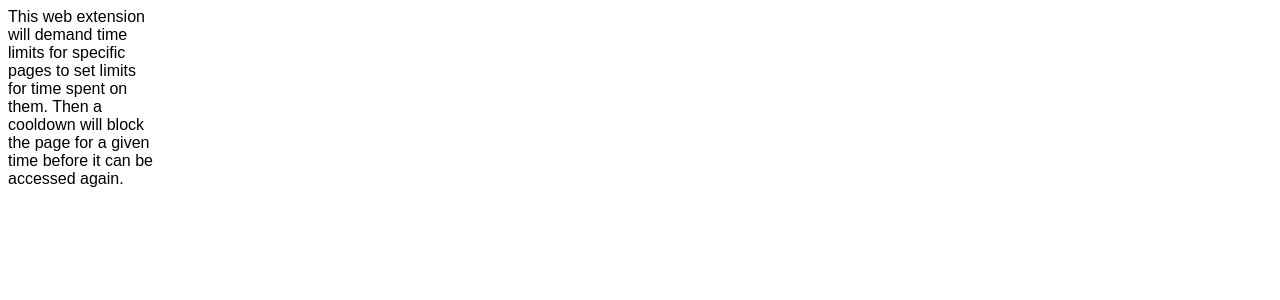
Repository: AndrlmMass/Time-management-chrome-extension
Page: popup.html
An editor plug-in stored every save of this project. The page is shown before and after the next save, followed by the edit.
The browser window is 1280 px wide. The pictures show the whole page.

Above is the page before, as saved 2023-08-22 15:10:22.

### popup.html
<!DOCTYPE html>
<html>
<head>
  <title>Popup</title>
  <link rel="stylesheet" type="text/css" href="styles.css">
</head>
<body>
  <div id="popup-container">
    <text> This web extension will demand time limits for specific pages to set limits for time spent on them. Then a cooldown will block the page for a given time before it can be accessed again.</text>
  </div>
  <script src="popup.js"></script>
</body>
</html>

### styles.css
@font-face {
  font-family: 'CustomFont';
  src: url('path/to/font.woff2') format('woff2'),
       url('path/to/font.woff') format('woff');
}

body {
  font-family: 'Arial', sans-serif;
}

### popup.js
document.addEventListener('DOMContentLoaded', function() {
  // Get the popup's main container element
  const popupContainer = document.getElementById('popup-container');

  // Set custom width and height
  popupContainer.style.width = '150px';    // Adjust width as needed
  popupContainer.style.height = '100px';   // Adjust height as needed
});

After the next save:
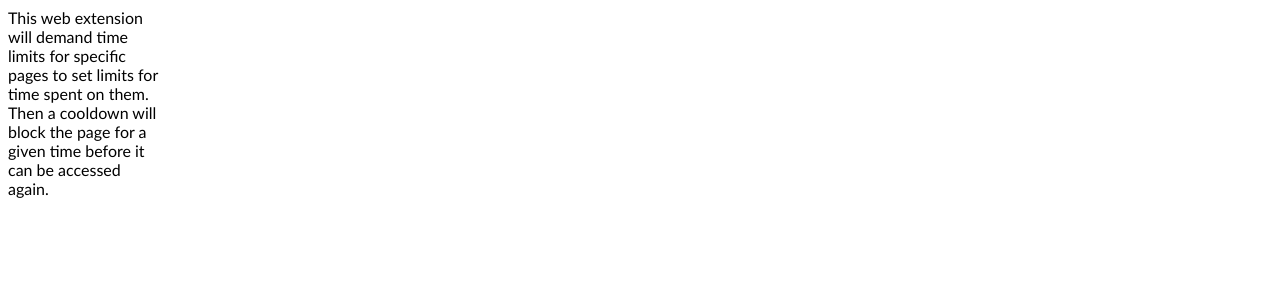
Saved 38 s later.
--- a/styles.css
+++ b/styles.css
@@ -5,5 +5,5 @@
 }
 
 body {
-  font-family: 'Arial', sans-serif;
+  font-family: 'Calibri', sans-serif;
 }
